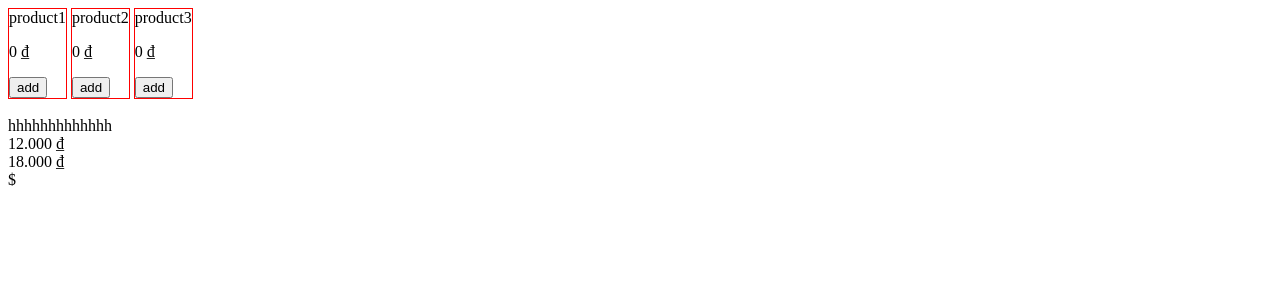
Repository: quynh232000/javascript-basic
Page: Lab5/demo.html
The author's editor kept a copy of each file at every save. The page is drawn from the files as they stood at one save, then again after the next save.
The browser window is 1280 px wide. The pictures show the whole page.

Above is the page before, as saved 2023-07-27 22:55:49.

### Lab5/demo.html
<!DOCTYPE html>
<html lang="en">
  <head>
    <meta charset="UTF-8" />
    <meta name="viewport" content="width=device-width, initial-scale=1.0" />
    <title>Document</title>
  </head>
  <body>
    <div class="left">
      <div class="item" style="border: 1px solid red; display: inline-block">
        product1
        <div>
          <p class="price">10</p>
          <span><button class="btn">add</button></span>
        </div>
      </div>
      <div class="item" style="border: 1px solid red; display: inline-block">
        product2
        <div>
          <p class="price">10</p>

          <span><button class="btn">add</button></span>
        </div>
      </div>
      <div class="item" style="border: 1px solid red; display: inline-block">
        product3
        <div>
          <p class="price">10</p>

          <span><button class="btn">add</button></span>
        </div>
      </div>
    </div>
    <br />
    <div>hhhhhhhhhhhhh</div>
    <div class="test price" price="12000"></div>
    <div class="name price" price="18000"></div>
    <div class="right"></div>
    <div class="show">$</div>
    <script>
      let a = document.querySelector(".left");
      let b = document.querySelector(".right");
      let s = document.querySelector(".show");
      const btnEl = document.querySelectorAll(".left .btn");

      let total = 0;
      let btnDeletes = [];
      const VND = new Intl.NumberFormat("vi-VN", {
        style: "currency",
        currency: "VND",
      });
      document.querySelectorAll(".price").forEach((item) => {
        item.textContent = VND.format(item.getAttribute("price"));
      });
      btnEl.forEach((element) => {
        element.addEventListener("click", () => {
          const elParent = element.closest(".item");
          elParent.onclick = () => {
            total += +elParent.querySelector(".price").textContent;
            s.textContent = total + "";
            let cloneNode = elParent.cloneNode(true);
            b.appendChild(cloneNode);
            cloneNode.querySelector(".btn").textContent = "delete";
            deleteDom();
          };
        });
      });

      const deleteDom = () => {
        const deleteEl = document.querySelectorAll(".right .btn");

        deleteEl.forEach((element) => {
          console.log(123, deleteEl);
          element.addEventListener("click", () => {
            const elParent = element.closest(".item");
            elParent.onclick = () => {
              total -= +elParent.querySelector(".price").textContent;
              s.textContent = total + "";
              b.removeChild(elParent);
            };
          });
        });
      };
    </script>
  </body>
</html>

After the next save:
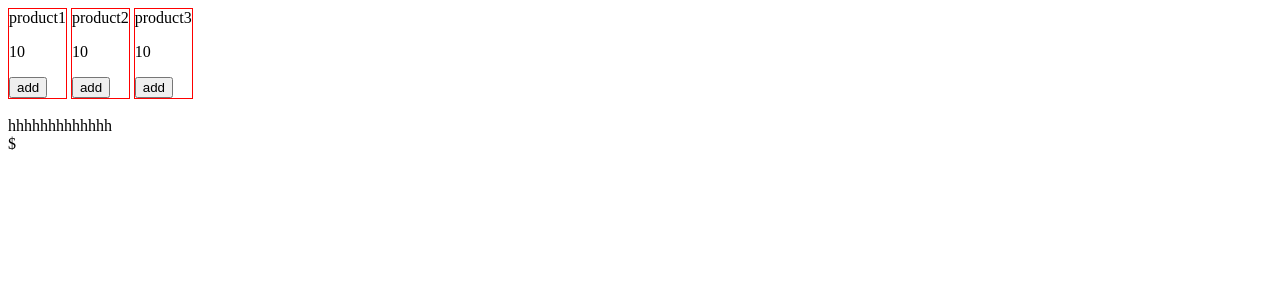
Console error (its wording comes from the project's code and is left out).
Saved 12 s later.
--- a/Lab5/demo.html
+++ b/Lab5/demo.html
@@ -47,7 +47,7 @@
       let btnDeletes = [];
       const VND = new Intl.NumberFormat("vi-VN", {
         style: "currency",
-        currency: "VND",
+        currency: "OROUR",
       });
       document.querySelectorAll(".price").forEach((item) => {
         item.textContent = VND.format(item.getAttribute("price"));

After the save that followed:
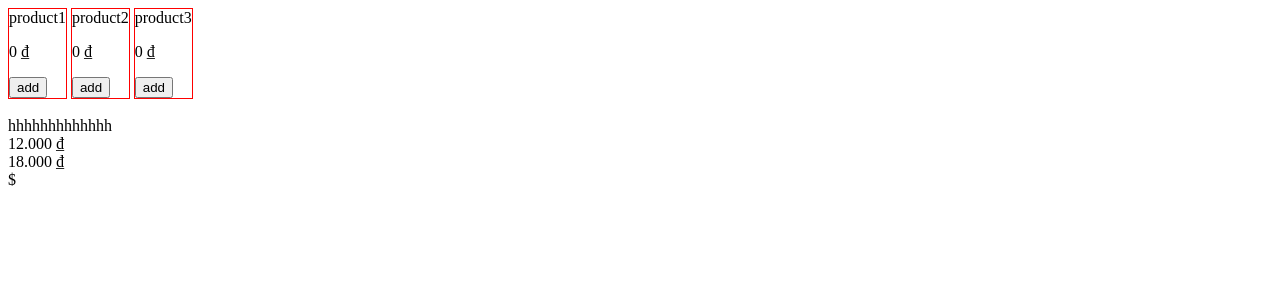
The error is gone.
Saved 4 s later.
--- a/Lab5/demo.html
+++ b/Lab5/demo.html
@@ -47,7 +47,7 @@
       let btnDeletes = [];
       const VND = new Intl.NumberFormat("vi-VN", {
         style: "currency",
-        currency: "OROUR",
+        currency: "VND",
       });
       document.querySelectorAll(".price").forEach((item) => {
         item.textContent = VND.format(item.getAttribute("price"));
